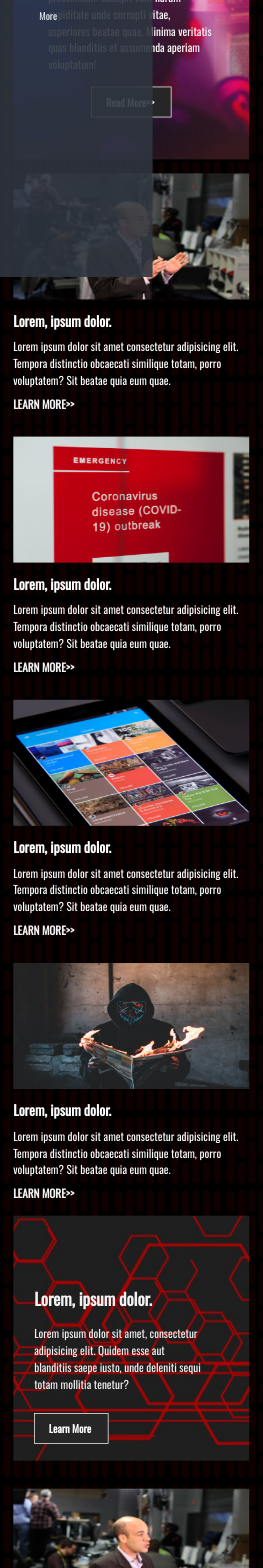
Repository: NickArregoces/News_Web
Page: index.html
An editor plug-in stored every save of this project. The page is shown before and after a run of saves, followed by the edit.
The browser window is 375 px wide. The pictures show the part of the page from y = 404 to 2644 px (the page is 5363 px tall before and 5923 px after), at 70% of full size.

Above is the page before, as saved 2021-12-24 21:12:09.

### index.html
<!DOCTYPE html>
<html lang="en">
<head>
    <meta charset="UTF-8">
    <meta http-equiv="X-UA-Compatible" content="IE=edge">
    <meta name="viewport" content="width=device-width, initial-scale=1.0">
    <title>TechNews</title>
    <!--FONT AWESOME-->
    <link rel="stylesheet" href="https://cdnjs.cloudflare.com/ajax/libs/font-awesome/6.0.0-beta3/css/all.min.css">

    <link rel="stylesheet" href="style.Css">
    <!--Oswald FONTS-->
    <link rel="preconnect" href="https://fonts.googleapis.com">
<link rel="preconnect" href="https://fonts.gstatic.com" crossorigin>
<link href="https://fonts.googleapis.com/css2?family=Oswald:wght@200;300;400&display=swap" rel="stylesheet">
</head>
<body>


    <div class="menu-btn">
        <i class="fas fa-bars fa-2x" ></i><!---fa-2x doble del tamañp-->

    </div>

    <div class="container">

        <nav class ="nav-main">
            <img src="img/brand.png" alt="" class="nav-brand">

            <ul class="nav-menu show">
                <li>
                    <a href="#">Web Development</a>
                </li>
                <li>
                    <a href="#">blochain</a>
                </li>
                <li>
                    <a href="#">Artificial Intelligence</a>
                </li>
                <li>
                    <a href="#">Machine Learning</a>
                </li>
                <li>
                    <a href="#">Quantum Computing</a>
                </li>
                <li>
                    <a href="#">Startup</a>
                </li>
                <li>
                    <a href="#">More</a>
                </li>
            </ul>
            <ul class="nav-menu-right">
                <li>
                    <a href="">
                        <i class="fas fa-search"></i>
                    </a>
                </li>
            </ul>
        </nav>
        <hr> <!--Crea una linea -->


        <!--Showcase=Imagen pricnipal-->
        <header class="showcase">
            <h2>Big News Today</h2>
            <p>Lorem ipsum dolor sit, amet consectetur adipisicing elit. A laboriosam eaque, praesentium suscipit velit harum cupiditate unde corrupti vitae, asperiores beatae quae. Minima veritatis quas blanditiis et assumenda aperiam voluptatum!</p>
        <!--lorem30 te crea 30 palabras-->
            <a class="btn" href="#">Read More>> <i class="fas fa-angles-double-right"></i></a>
        </header>

        <!--NEWS CARDS(COLUMNAS)-->
        <div class="news-cards">
            <div class="">
                <img src="img/news1.jpg" alt="News 1">
                <h3>Lorem, ipsum dolor.</h3>
                <p>Lorem ipsum dolor sit amet consectetur adipisicing elit. Tempora distinctio obcaecati similique totam, porro voluptatem? Sit beatae quia eum quae.</p>
                <a href="">Learn More>><i class="fas fa-amgle-dpuble-right"></i></a>
            </div>
            <div class="">
                <img src="img/news2.jpg" alt="News 2">
                <h3>Lorem, ipsum dolor.</h3>
                <p>Lorem ipsum dolor sit amet consectetur adipisicing elit. Tempora distinctio obcaecati similique totam, porro voluptatem? Sit beatae quia eum quae.</p>
                <a href="">Learn More>><i class fas fa-amgle-dpuble-right></i></a>
            </div>
            <div class="">
                <img src="img/news3.jpg" alt="News 3">
                <h3>Lorem, ipsum dolor.</h3>
                <p>Lorem ipsum dolor sit amet consectetur adipisicing elit. Tempora distinctio obcaecati similique totam, porro voluptatem? Sit beatae quia eum quae.</p>
                <a href="">Learn More>><i class="fas fa-amgle-dpuble-right" ></i></a>
            </div>
            <div class="">
                <img src="img/news4.jpg" alt="News 4">
                <h3>Lorem, ipsum dolor.</h3>
                <p>Lorem ipsum dolor sit amet consectetur adipisicing elit. Tempora distinctio obcaecati similique totam, porro voluptatem? Sit beatae quia eum quae.</p>
                <a href="">Learn More>><i class="fas fa-amgle-dpuble-right"></i></a>
            </div>
        </div>

        <div>

            <section class="cards-banner-one">
                <div class="content">
                    <h2>Lorem, ipsum dolor.</h2>
                    <p>Lorem ipsum dolor sit amet, consectetur adipisicing elit. Quidem esse aut blanditiis saepe iusto, unde deleniti sequi totam mollitia tenetur?</p>
                    <a href="#" class="btn">Learn More <i class="fas fa-amgle-dpuble-right"></i></a>
                </div>

            </section>

            <!--NEWS CARDS(COLUMNAS)-->
        <div class="news-cards">
            <div class="">
                <img src="img/news1.jpg" alt="News 1">
                <h3>Lorem, ipsum dolor.</h3>
                <p>Lorem ipsum dolor sit amet consectetur adipisicing elit. Tempora distinctio obcaecati similique totam, porro voluptatem? Sit beatae quia eum quae.</p>
                <a href="">Learn More>><i class="fas fa-amgle-dpuble-right"></i></a>
            </div>
            <div class="">
                <img src="img/news2.jpg" alt="News 2">
                <h3>Lorem, ipsum dolor.</h3>
                <p>Lorem ipsum dolor sit amet consectetur adipisicing elit. Tempora distinctio obcaecati similique totam, porro voluptatem? Sit beatae quia eum quae.</p>
                <a href="">Learn More>><i class fas fa-amgle-dpuble-right></i></a>
            </div>
            <div class="">
                <img src="img/news3.jpg" alt="News 3">
                <h3>Lorem, ipsum dolor.</h3>
                <p>Lorem ipsum dolor sit amet consectetur adipisicing elit. Tempora distinctio obcaecati similique totam, porro voluptatem? Sit beatae quia eum quae.</p>
                <a href="">Learn More>><i class="fas fa-amgle-dpuble-right" ></i></a>
            </div>
            <div class="">
                <img src="img/news4.jpg" alt="News 4">
                <h3>Lorem, ipsum dolor.</h3>
                <p>Lorem ipsum dolor sit amet consectetur adipisicing elit. Tempora distinctio obcaecati similique totam, porro voluptatem? Sit beatae quia eum quae.</p>
                <a href="">Learn More>><i class="fas fa-amgle-dpuble-right"></i></a>
            </div>
        </div>

        <section class="cards-banner-two">
            <div class="content">
                <h2>Lorem, ipsum dolor.</h2>
                <p>Lorem ipsum dolor sit amet consectetur adipisicing elit. Architecto ipsum consectetur minus esse nobis laudantium nam molestias repellendus obcaecati debitis soluta cumque voluptates, neque asperiores quibusdam consequatur, exercitationem recusandae ad.</p>
                <a href="#" class="btn">Learn More <i class="fas fa-angles-double-right"></i> </a>
            </div>
        </section>

        <section class="social">

                <p> Follow TechNews</p>
                <div class="links">
                    <a href="#"><!--Se crean lo iconos automaticamente-->
                        <i class="fab fa-facebook-f"></i>
                    </a>
                <a href="#">
                    <i class="fab fa-twitter"></i>
                </a>
                <a href="#">
                    <i class="fab fa-linkedin"></i>
                </a>

                </div>

        </section>

        </div>

    </div>

    <div class="footer-links">
        <div class="footer-container">
            <ul>
                <li>
                    <a href="#">
                        <h3>TITLE ONE</h3>
                    </a>
                </li>
                <li>
                    <a href="#">
                        <h3>Blokchain</h3>
                    </a>
                </li>
                <li>
                    <a href="#">
                        <h3>Blokchain</h3>
                    </a>
                </li>
                <li>
                    <a href="#">
                        <h3>Blokchain</h3>
                    </a>
                </li>
                <li>
                    <a href="#">
                        <h3>Blokchain</h3>
                    </a>
                </li>
                <li>
                    <a href="#">
                        <h3>Blokchain</h3>
                    </a>
                </li>
                <li>
                    <a href="#">
                        <h3>Blokchain</h3>
                    </a>
                </li>
                <li>
                    <a href="#">
                        <h3>Blokchain</h3>
                    </a>
                </li>
            </ul>

            <ul>
                <li>
                    <a href="#">
                        <h3>TITLE ONE</h3>
                    </a>
                </li>
                <li>
                    <a href="#">
                        <h3>Blokchain</h3>
                    </a>
                </li>
                <li>
                    <a href="#">
                        <h3>Blokchain</h3>
                    </a>
                </li>
                <li>
                    <a href="#">
                        <h3>Blokchain</h3>
                    </a>
                </li>
                <li>
                    <a href="#">
                        <h3>Blokchain</h3>
                    </a>
                </li>
                <li>
                    <a href="#">
                        <h3>Blokchain</h3>
                    </a>
                </li>
                <li>
                    <a href="#">
                        <h3>Blokchain</h3>
                    </a>
                </li>
                <li>
                    <a href="#">
                        <h3>Blokchain</h3>
                    </a>
                </li>
            </ul>

            <ul>
                <li>
                    <a href="#">
                        <h3>TITLE ONE</h3>
                    </a>
                </li>
                <li>
                    <a href="#">
                        <h3>Blokchain</h3>
                    </a>
                </li>
                <li>
                    <a href="#">
                        <h3>Blokchain</h3>
                    </a>
                </li>
                <li>
                    <a href="#">
                        <h3>Blokchain</h3>
                    </a>
                </li>
                <li>
                    <a href="#">
                        <h3>Blokchain</h3>
                    </a>
                </li>
                <li>
                    <a href="#">
                        <h3>Blokchain</h3>
                    </a>
                </li>
                <li>
                    <a href="#">
                        <h3>Blokchain</h3>
                    </a>
                </li>
                <li>
                    <a href="#">
                        <h3>Blokchain</h3>
                    </a>
                </li>
            </ul>

            <ul>
                <li>
                    <a href="#">
                        <h3>TITLE ONE</h3>
                    </a>
                </li>
                <li>
                    <a href="#">
                        <h3>Blokchain</h3>
                    </a>
                </li>
                <li>
                    <a href="#">
                        <h3>Blokchain</h3>
                    </a>
                </li>
                <li>
                    <a href="#">
                        <h3>Blokchain</h3>
                    </a>
                </li>
                <li>
                    <a href="#">
                        <h3>Blokchain</h3>
                    </a>
                </li>
                <li>
                    <a href="#">
                        <h3>Blokchain</h3>
                    </a>
                </li>
                <li>
                    <a href="#">
                        <h3>Blokchain</h3>
                    </a>
                </li>
                <li>
                    <a href="#">
                        <h3>Blokchain</h3>
                    </a>
                </li>
            </ul>
        </div>
    </div>

    <footer class="footer">
        <h3>Tech News Copyright</h3>
    </footer>

    <script src="./main.js" ></script>
</body>
</html>

### style.Css
*{
    box-sizing: border-box;
    margin: 0;
    padding: 0;
}

body{
    background:#000000;
    color:#ffff;
    background-color: #000000;
    background-image: url("data:[embedded picture, 663 characters]");
    font-size: 16px;
    font-family: 'Oswald', sans-serif;
}

a{
    color: #ffff;
    text-decoration: none;
}

ul{
    list-style: none;
}
.container{
    width: 90%;/*responsive*/
    margin: auto;
    color: #ffff;/*MIO*/
}
/*Navigation*/
.nav-main{
    font-size: 17px;
    display: flex;/*Elememnto al lado de otro*/
    justify-content: space-between;
    align-items: center;
    height: 60px;
    padding: 20px 0px;
}
.nav-brand{
    width: 50px;
}

/*Nav Left*/
.nav-main ul{
    display:flex;
}

.nav-main ul li{
    padding: 10px;
}

.nav-main ul li a{
    padding: 6px;
}

.nav-main ul li a:hover {
    border-bottom: 2px solid #ffffff;
}
.nav-main ul.nav-menu{
    flex:1;
    margin-left: 20px;
}

.menu-btn {
    position: absolute;
    cursor: pointer;
    top: 15px;
    right: 30px;
    z-index: 2;
}

/*Showcase*/
hr{
    margin:10px 0px;
}
.showcase{
    width: 100%;
    height: 550px;
    /*Arreglar img */
    background: url(/img/showcase2.jpg) no-repeat center center/cover;
    padding: 50px;
    margin-bottom: 20px;/*Margen interna*/
    display:flex;
    flex-direction: column;
    align-items: center;/*centrar P*/
    justify-content: flex-end; /*p al final*/
}

.btn{
    cursor: pointer;
    display: inline-block;
    border: 0;
    font-weight: bold;
    padding: 10px 20px;
    background: #262626;
    color:#ffffff;
    font-size: 15px;
    border: 1px solid #ffff;
    margin:10px 0px;
}

.btn:hover{
    opacity: 0.7;
}

.showcase h2,
.showcase p{
    margin-bottom: 10px;
}

/*News CARS*/
.news-cards{
    display: grid;
    grid-template-columns: 1fr 1fr 1fr 1fr;/*4 columnas*/
    gap: 25px;/*espaciado card*/
    margin: 10px 0;
}

.news-cards img{
    width:100%;
    height:  180px;
}

.news-cards h3{
    font-size: 20px;
    margin:  10px 0;

}

.news-cards a{
    padding: 10px 0;
    color: #f2f2f2;
    text-transform: uppercase;
    display: inline-block;
    font-weight: bold;
}

.news-cards a:hover{
    text-decoration: underline; /*Line debajo*/
}

/*Cards-banner-one*/

.cards-banner-one {
    width: 100%;
    height: 350px;
    background: url(./img/tech-red.jpg) no-repeat center/cover;;
    margin-bottom: 40px;
}
.cards-banner-one .content{
    width: 40%;
    padding: 90px 0 0 30px;
    color: #f2f2f2;
}

.cards-banner-one p,
.cards-banner-one h2{
    margin: 10px 0 20px 0;
}

/*CARDS BANNER TWO*/

.cards-banner-two{
    background: url(./img/image-five.jpg) no-repeat center/cover;
    width: 100%;
    height: 350px;
}

.cards-banner-two .content{
    width: 50%;
    padding: 100px 0 0 30px;
}

/*Social*/
.social{
    margin: 50px;
}

.social p{
    text-align: center;
    font-size: 30px;
    margin-bottom: 20px;
}

.links{
    display: flex;
    align-items: center;
    justify-content: center;
}

.links a{
    margin: 0 25px;
}
.links a i{
    font-size: 3rem;
}

/*Footer-Links*/

.footer-links{
    background: #2f3640;
    color: #616161;
    font-size: 12px;
    padding: 35px 0;
}

.footer-container {
    display: grid;/*activa grid*/
    grid-template-columns: repeat(4, 1fr);
    gap: 10px;
    align-items: flex-start;
    justify-content: center;
}

.footer-container ul{
    margin:0 auto; /*Automaticamente margen separadas*/
}
.footer-container ul li{
    line-height: 2.8;
}

.footer{
    background: #2f3640;
    color: #616161;
    font-size: 12px;
    padding:20px 0;
    text-align: center;
    padding-bottom: 30px;
}

/*!RESPONSIVE*/
@media (max-width: 700px) {

    .nav-main ul.nav-menu{
        display: block; /*Los elementos de bajan en linea*/
        position: absolute;
        top: 0;
        left: 0;/*Para que quede al borde*/
        background: #2f3640;
        height: 100%;
        padding: 30px;
        opacity: .9;
        transform: translateX(-400px);/*se muestre el boton*/
        transition: transform .5s ease-in-out ;
    }

    .nav-main ul.nav-menu.show{
        transform: translateX(-20px);
    }

    .nav-main ul.nav-menu li{
        padding: 20px;
        /*border-bottom: #ccc solid 1px  para borde abajo*/
        font-size: 14px;
    }

    .nav-main ul.nav-menu-right{
        margin-right: 40px;
    }
    .news-cards {
        grid-template-columns: repeat(2, 1fr);
    }

    .cards-banner-one .content,
    .cards-banner-two .content{
        width: 80%;
    }

    .footer-links .footer-container{
        grid-template-columns: repeat(2, 1fr);
    }
}

@media (max-width: 500px) {
    .news-cards {
        grid-template-columns: 1fr;/* 1 columna*/
    }

    .news-cards i{
        height
    }
}

### main.js
// boton
document.querySelector('.menu-btn').addEventListener('click', () => {// seleccionar un documento clase btn
    document.querySelector('.nav-menu').classList.toggle('show'); // claslist añadir o quitar la clase show
});

After the next 3 saves:
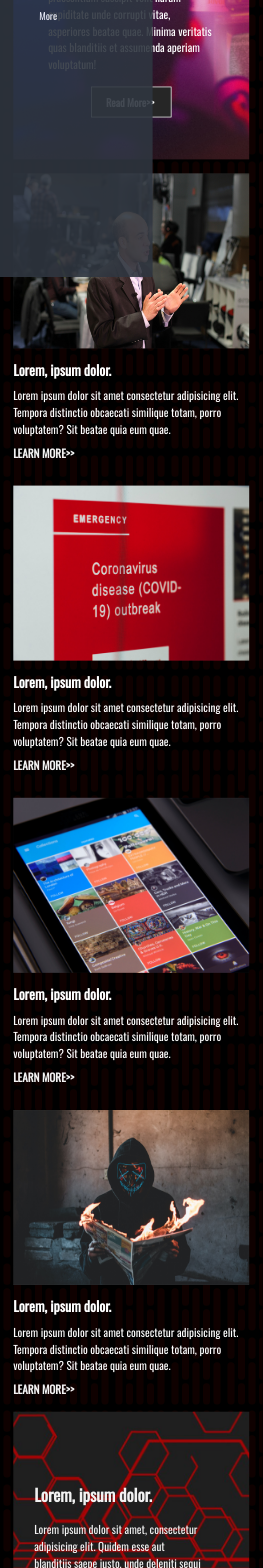
The 3 saves are shown as one change because they came seconds apart.
The last was saved 9 s later.
--- a/style.Css
+++ b/style.Css
@@ -275,7 +275,7 @@ hr{
         grid-template-columns: 1fr;/* 1 columna*/
     }
 
-    .news-cards i{
-        height
-    }
-}
+    .news-cards img{
+        height:  250px;
+    }
+}
